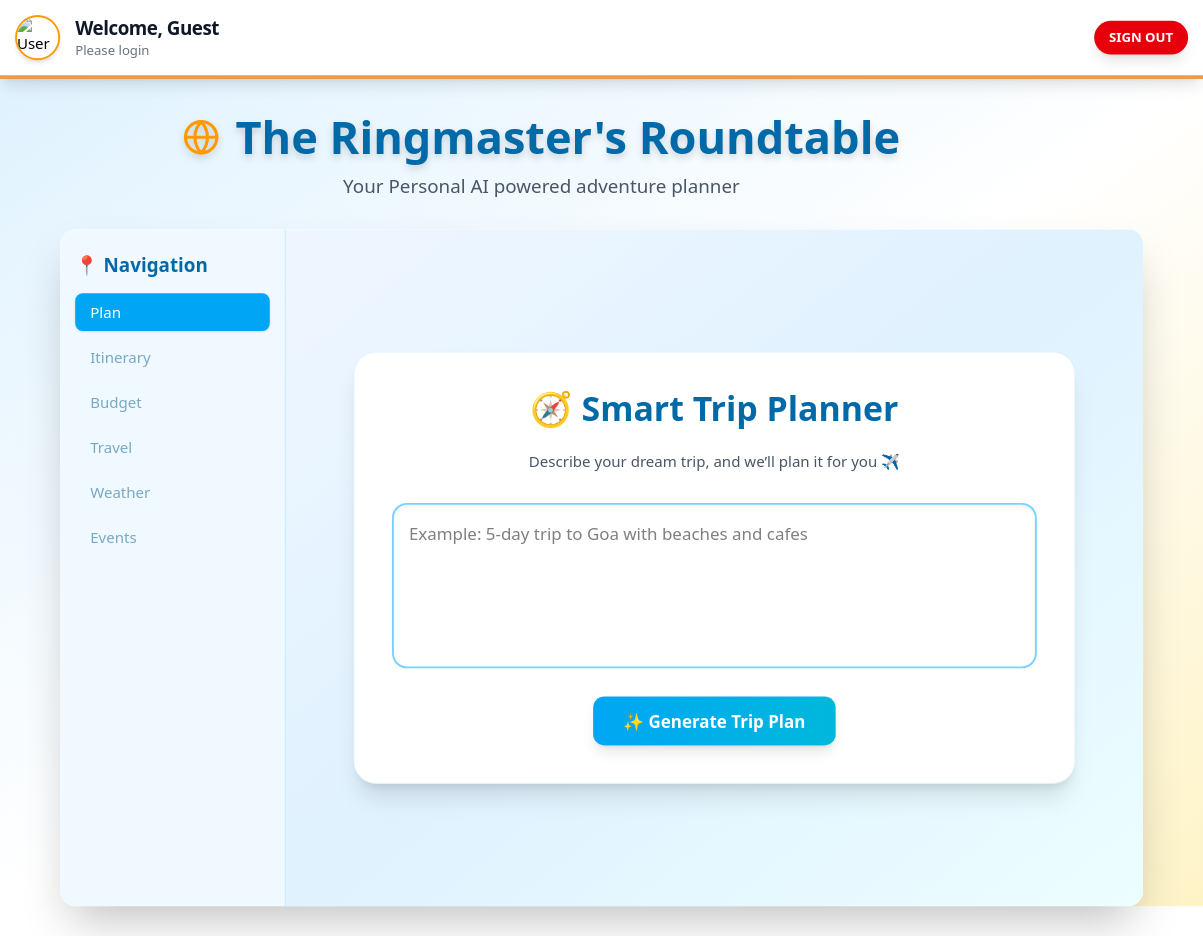
Repository: vega2006/The-Ringmaster-s-Roundtable
Page: /prompt (app in client/)
These files come from the project's save history. The page is drawn as it stood at one moment and after the next save; the edit follows.
The browser window is 1280 px wide. The pictures show the whole page, at 94% of full size.
The page's requests for data from a server got no answer. The project was rebuilt for these pictures with package versions that can differ from the ones it lists, and the page was loaded fresh each time. No one was signed in, and anything a server would have sent is missing. Also part of the build but not shown: client/vite.config.js, client/src/components/GoogleLogin.jsx, client/src/components/NotFound.jsx, client/src/components/PlanInput.jsx, client/src/components/WeatherContent.jsx, client/src/components/TravelContent.jsx, client/src/components/ItineraryContent.jsx, client/src/components/BudgetContent.jsx and 4 more.

Above is the page before, as saved 2025-10-08 23:32:15.

After the next save:
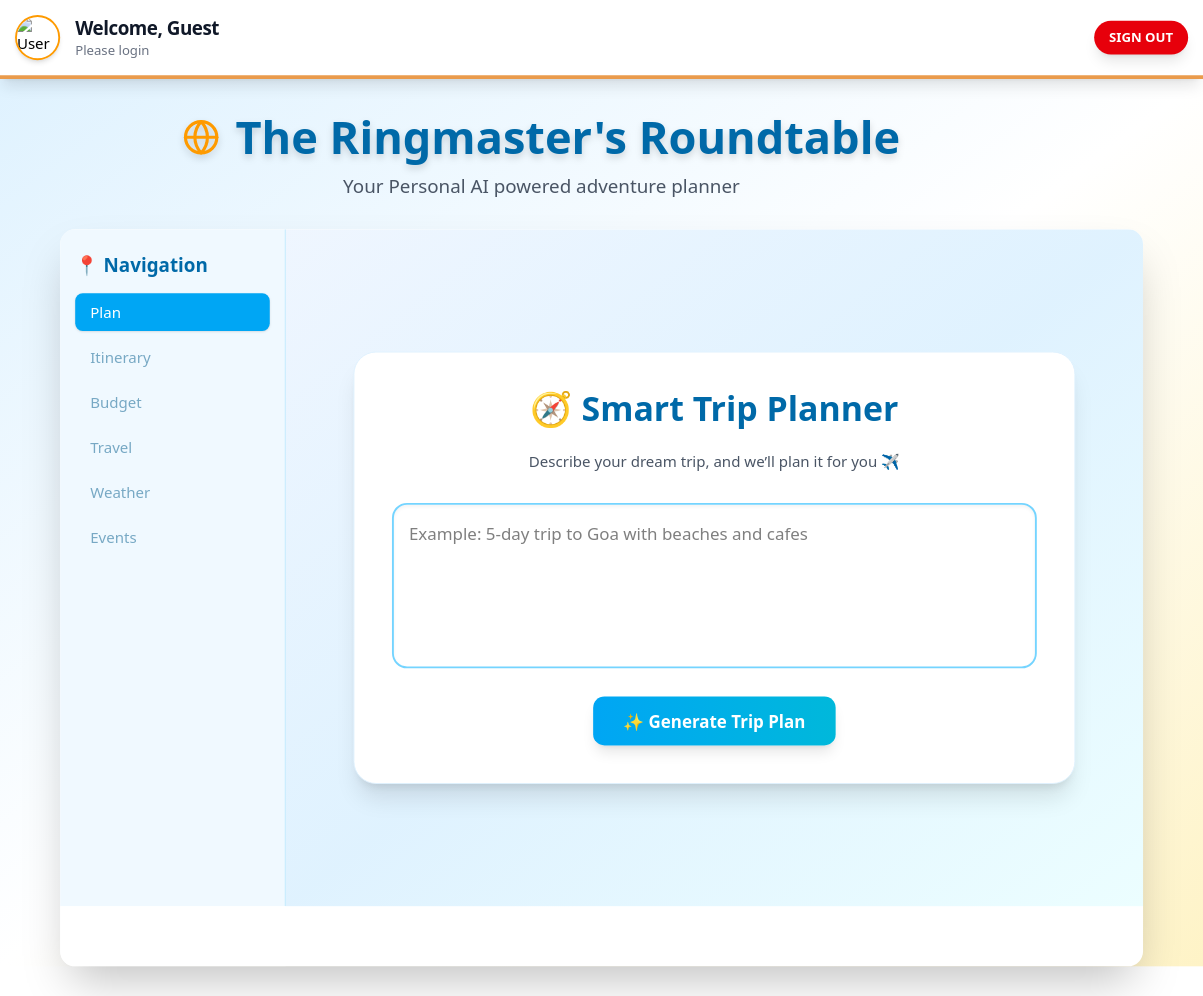
Saved 52 s later.
--- a/client/src/pages/AIDashboard.jsx
+++ b/client/src/pages/AIDashboard.jsx
@@ -65,7 +65,10 @@ const AIDashboard = () => {
           <AppHeader />
           <div className="max-w-6xl mx-auto grid grid-cols-1 md:grid-cols-[240px_1fr] bg-white shadow-2xl rounded-2xl overflow-hidden mt-4 mb-8">
             <Sidebar />
+
            <PlanByPrompt/>
+            <MainContent>
+                       </MainContent>
           </div>
         </div>
     </TripProvider>
